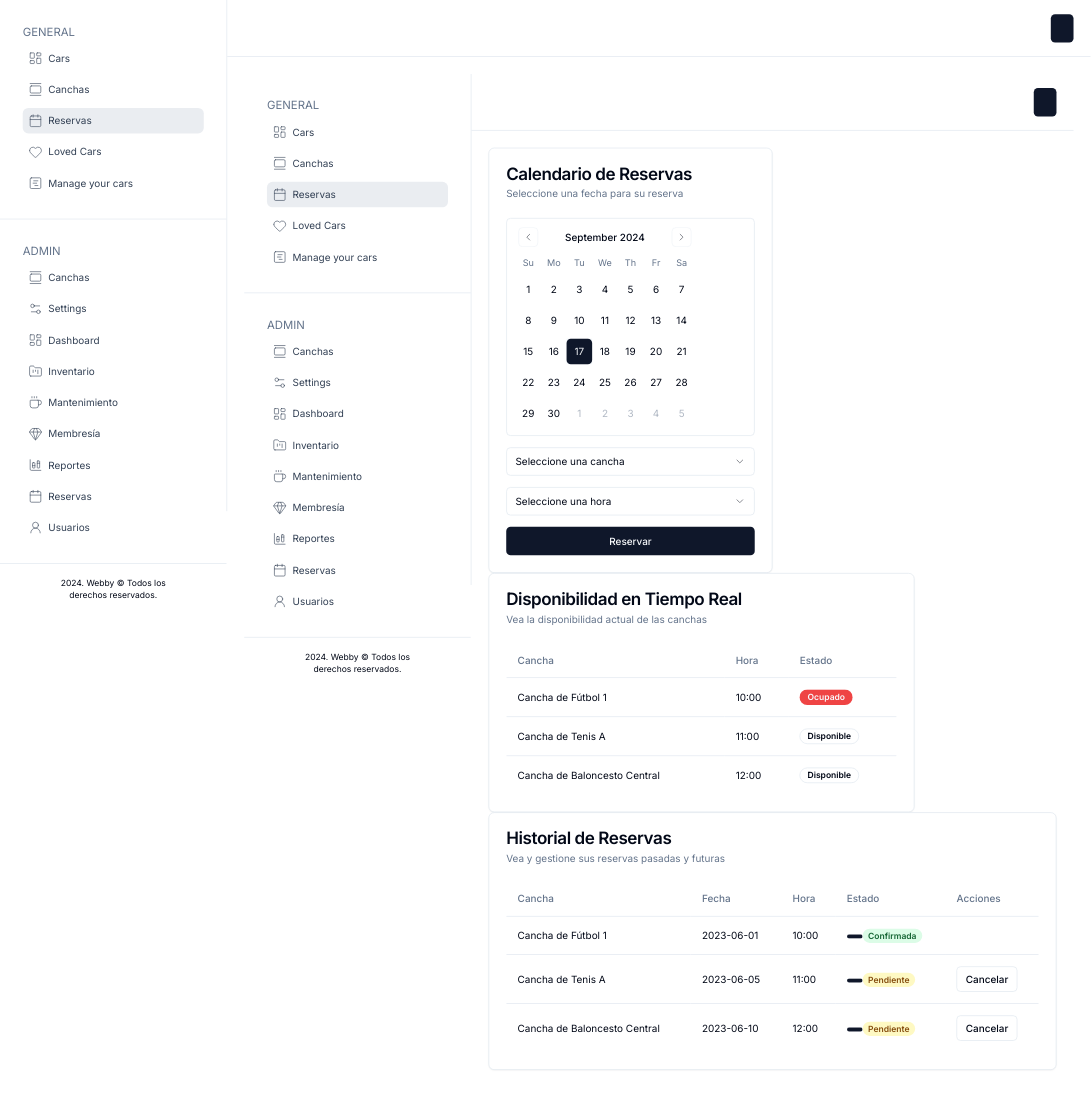
Repository: Jackson-sch/cdeporte
Page: /reservas
The author's editor kept a copy of each file at every save. The page is drawn from the files as they stood at one save, then again after the next save.
The browser window is 1280 px wide. The page is 1536 px wide, so the pictures cover 1536 px, including what lies to the right of the window. The pictures show the whole page, at 71% of full size.
The project was rebuilt for these pictures with package versions that can differ from the ones it lists, and the page was loaded fresh each time. The framework's server and built-in components were replaced by stand-ins that run in the browser. Also part of the build but not shown: next.config.mjs, src/components/ui/label.jsx, src/components/ui/input.jsx, src/components/Reservas/HistorialReserva.jsx.

Above is the page before, as saved 2024-09-17 19:58:27.

### src/app/layout.jsx
import { Inter } from "next/font/google";
import "./globals.css";
import { Toaster } from "@/components/ui/toaster";

const inter = Inter({ subsets: ["latin"] });

export const metadata = {
  title: "Create Next App",
  description: "Generated by create next app",
};

export default function RootLayout({ children }) {
  return (
    <html lang="en">
      <body className={inter.className}>
        {children}
        <Toaster />
        </body>
    </html>
  );
}

### src/app/(routes)/layout.jsx
import { NavbarDashboard } from "@/components/NavbarDashboard/NavbarDashboard";
import { Sidebar } from "@/components/Sidebar/Sidebar";




export default function LayoutDashboard({ children }) {
  return (
    <div className="flex w-full h-full">
      <div className="hidden h-full xl:block w-80 xl:fixed">
        <Sidebar />
      </div>
      <div className="w-full h-full xl:ml-80">
        <NavbarDashboard />
        <div className="p-6 h-max container">{children}</div>
      </div>
    </div>
  );
}

### src/app/(routes)/(cliente)/layout.jsx
import { NavbarDashboard } from "@/components/NavbarDashboard/NavbarDashboard";
import { Sidebar } from "@/components/Sidebar/Sidebar";




export default function LayoutDashboard({ children }) {
  return (
    <div className="flex w-full h-full">
      <div className="hidden h-full xl:block w-80 xl:fixed">
        <Sidebar />
      </div>
      <div className="w-full h-full xl:ml-80">
        <NavbarDashboard />
        <div className="p-6 h-max">{children}</div>
      </div>
    </div>
  );
}

### src/components/ui/toaster.jsx
"use client"

import {
  Toast,
  ToastClose,
  ToastDescription,
  ToastProvider,
  ToastTitle,
  ToastViewport,
} from "@/components/ui/toast"
import { useToast } from "@/components/ui/use-toast"

export function Toaster() {
  const { toasts } = useToast()

  return (
    (<ToastProvider>
      {toasts.map(function ({ id, title, description, action, ...props }) {
        return (
          (<Toast key={id} {...props}>
            <div className="grid gap-1">
              {title && <ToastTitle>{title}</ToastTitle>}
              {description && (
                <ToastDescription>{description}</ToastDescription>
              )}
            </div>
            {action}
            <ToastClose />
          </Toast>)
        );
      })}
      <ToastViewport />
    </ToastProvider>)
  );
}

### src/components/NavbarDashboard/NavbarDashboard.jsx
import { Sheet, SheetContent, SheetTrigger } from "@/components/ui/sheet";
import {Button } from "@/components/ui/button";
import { Menu } from "lucide-react";
import { SidebarRoutes } from "../SidebarRoutes/SidebarRoutes";



export function NavbarDashboard() {
  return (
    <nav className="flex items-center justify-between w-full h-20 px-2 border-b gap-x-4 md:px-6 bg-background">
      <div className="block xl:hidden">
        <Sheet>
          <SheetTrigger className="flex items-center">
            <Menu />
          </SheetTrigger>
          <SheetContent side="left">
            <SidebarRoutes />
          </SheetContent>
        </Sheet>
      </div>
      <div className="flex items-center justify-end w-full gap-x-2">
        <Button />
      </div>
    </nav>
  );
}

### src/components/Sidebar/Sidebar.jsx
import { SidebarRoutes } from "../SidebarRoutes/SidebarRoutes";


export function Sidebar() {
  return (
    <div className="h-screen">
      <div className="flex flex-col h-full border-r">
        <SidebarRoutes />
      </div>
    </div>
  );
}

### src/components/ui/card.jsx
import * as React from "react"

import { cn } from "@/lib/utils"

const Card = React.forwardRef(({ className, ...props }, ref) => (
  <div
    ref={ref}
    className={cn("rounded-lg border bg-card text-card-foreground shadow-sm", className)}
    {...props} />
))
Card.displayName = "Card"

const CardHeader = React.forwardRef(({ className, ...props }, ref) => (
  <div
    ref={ref}
    className={cn("flex flex-col space-y-1.5 p-6", className)}
    {...props} />
))
CardHeader.displayName = "CardHeader"

const CardTitle = React.forwardRef(({ className, ...props }, ref) => (
  <h3
    ref={ref}
    className={cn("text-2xl font-semibold leading-none tracking-tight", className)}
    {...props} />
))
CardTitle.displayName = "CardTitle"

const CardDescription = React.forwardRef(({ className, ...props }, ref) => (
  <p
    ref={ref}
    className={cn("text-sm text-muted-foreground", className)}
    {...props} />
))
CardDescription.displayName = "CardDescription"

const CardContent = React.forwardRef(({ className, ...props }, ref) => (
  <div ref={ref} className={cn("p-6 pt-0", className)} {...props} />
))
CardContent.displayName = "CardContent"

const CardFooter = React.forwardRef(({ className, ...props }, ref) => (
  <div
    ref={ref}
    className={cn("flex items-center p-6 pt-0", className)}
    {...props} />
))
CardFooter.displayName = "CardFooter"

export { Card, CardHeader, CardFooter, CardTitle, CardDescription, CardContent }

### src/components/ui/button.jsx
import * as React from "react"
import { Slot } from "@radix-ui/react-slot"
import { cva } from "class-variance-authority";

import { cn } from "@/lib/utils"

const buttonVariants = cva(
  "inline-flex items-center justify-center whitespace-nowrap rounded-md text-sm font-medium ring-offset-background transition-colors focus-visible:outline-none focus-visible:ring-2 focus-visible:ring-ring focus-visible:ring-offset-2 disabled:pointer-events-none disabled:opacity-50",
  {
    variants: {
      variant: {
        default: "bg-primary text-primary-foreground hover:bg-primary/90",
        destructive:
          "bg-destructive text-destructive-foreground hover:bg-destructive/90",
        outline:
          "border border-input bg-background hover:bg-accent hover:text-accent-foreground",
        secondary:
          "bg-secondary text-secondary-foreground hover:bg-secondary/80",
        ghost: "hover:bg-accent hover:text-accent-foreground",
        link: "text-primary underline-offset-4 hover:underline",
      },
      size: {
        default: "h-10 px-4 py-2",
        sm: "h-9 rounded-md px-3",
        lg: "h-11 rounded-md px-8",
        icon: "h-10 w-10",
      },
    },
    defaultVariants: {
      variant: "default",
      size: "default",
    },
  }
)

const Button = React.forwardRef(({ className, variant, size, asChild = false, ...props }, ref) => {
  const Comp = asChild ? Slot : "button"
  return (
    (<Comp
      className={cn(buttonVariants({ variant, size, className }))}
      ref={ref}
      {...props} />)
  );
})
Button.displayName = "Button"

export { Button, buttonVariants }

### src/components/Reservas/RealTimeAvailability.jsx
'use client'
import React, { useState, useEffect } from 'react'
import { Card, CardHeader, CardTitle, CardDescription, CardContent } from "@/components/ui/card"
import { Table, TableBody, TableCell, TableHead, TableHeader, TableRow } from "@/components/ui/table"
import { Badge } from "@/components/ui/badge"

export default function RealTimeAvailability() {
  const [availability, setAvailability] = useState([])

  useEffect(() => {
    // Simulación de actualización en tiempo real
    const interval = setInterval(() => {
      const newAvailability = [
        { id: 1, court: "Cancha de Fútbol 1", time: "10:00", status: Math.random() > 0.5 ? "Disponible" : "Ocupado" },
        { id: 2, court: "Cancha de Tenis A", time: "11:00", status: Math.random() > 0.5 ? "Disponible" : "Ocupado" },
        { id: 3, court: "Cancha de Baloncesto Central", time: "12:00", status: Math.random() > 0.5 ? "Disponible" : "Ocupado" },
      ]
      setAvailability(newAvailability)
    }, 5000) // Actualiza cada 5 segundos

    return () => clearInterval(interval)
  }, [])

  return (
    <Card className="w-[600px]">
      <CardHeader>
        <CardTitle>Disponibilidad en Tiempo Real</CardTitle>
        <CardDescription>Vea la disponibilidad actual de las canchas</CardDescription>
      </CardHeader>
      <CardContent>
        <Table>
          <TableHeader>
            <TableRow>
              <TableHead>Cancha</TableHead>
              <TableHead>Hora</TableHead>
              <TableHead>Estado</TableHead>
            </TableRow>
          </TableHeader>
          <TableBody>
            {availability.map((item) => (
              <TableRow key={item.id}>
                <TableCell>{item.court}</TableCell>
                <TableCell>{item.time}</TableCell>
                <TableCell>
                  <Badge variant={item.status === "Disponible" ? "success" : "destructive"}>
                    {item.status}
                  </Badge>
                </TableCell>
              </TableRow>
            ))}
          </TableBody>
        </Table>
      </CardContent>
    </Card>
  )
}

### src/components/Reservas/ReservationHistory.jsx
"0use client";
import React, { useState } from "react";
import {
  Card,
  CardHeader,
  CardTitle,
  CardDescription,
  CardContent,
} from "@/components/ui/card";
import {
  Table,
  TableBody,
  TableCell,
  TableHead,
  TableHeader,
  TableRow,
} from "@/components/ui/table";
import { Button } from "@/components/ui/button";
import {
  Dialog,
  DialogTrigger,
  DialogContent,
  DialogHeader,
  DialogTitle,
  DialogDescription,
  DialogFooter,
} from "@/components/ui/dialog";
import { Badge } from "../ui/badge";

export default function ReservationHistory() {
  const [reservations, setReservations] = useState([
    {
      id: 1,
      court: "Cancha de Fútbol 1",
      date: "2023-06-01",
      time: "10:00",
      status: "Confirmada",
    },
    {
      id: 2,
      court: "Cancha de Tenis A",
      date: "2023-06-05",
      time: "11:00",
      status: "Pendiente",
    },
    {
      id: 3,
      court: "Cancha de Baloncesto Central",
      date: "2023-06-10",
      time: "12:00",
      status: "Pendiente",
    },
  ]);

  const [selectedReservation, setSelectedReservation] = useState(null);
  const [isDialogOpen, setIsDialogOpen] = useState(false);

  const handleCancel = (id) => {
    setReservations(
      reservations.map((res) =>
        res.id === id ? { ...res, status: "Cancelada" } : res
      )
    );
    setIsDialogOpen(false);
  };

  return (
    <Card className="w-[800px]">
      <CardHeader>
        <CardTitle>Historial de Reservas</CardTitle>
        <CardDescription>
          Vea y gestione sus reservas pasadas y futuras
        </CardDescription>
      </CardHeader>
      <CardContent>
        <Table>
          <TableHeader>
            <TableRow>
              <TableHead>Cancha</TableHead>
              <TableHead>Fecha</TableHead>
              <TableHead>Hora</TableHead>
              <TableHead>Estado</TableHead>
              <TableHead>Acciones</TableHead>
            </TableRow>
          </TableHeader>
          <TableBody>
            {reservations.map((reservation) => (
              <TableRow key={reservation.id}>
                <TableCell>{reservation.court}</TableCell>
                <TableCell>{reservation.date}</TableCell>
                <TableCell>{reservation.time}</TableCell>
                <TableCell>
                  <Badge>

                  </Badge>
                  <span
                    className={`px-2 inline-flex text-xs leading-5 font-semibold rounded-full
                    ${
                      reservation.status === "Confirmada"
                        ? "bg-green-100 text-green-800"
                        : reservation.status === "Cancelada"
                        ? "bg-red-100 text-red-800"
                        : "bg-yellow-100 text-yellow-800"
                    }`}
                  >
                    {reservation.status}
                  </span>
                </TableCell>
                <TableCell>
                  {reservation.status === "Pendiente" && (
                    <Dialog open={isDialogOpen} onOpenChange={setIsDialogOpen}>
                      <DialogTrigger asChild>
                        <Button
                          variant="outline"
                          size="sm"
                          onClick={() => setSelectedReservation(reservation)}
                        >
                          Cancelar
                        </Button>
                      </DialogTrigger>
                      <DialogContent>
                        <DialogHeader>
                          <DialogTitle>Confirmar Cancelación</DialogTitle>
                          <DialogDescription>
                            ¿Está seguro que desea cancelar esta reserva?
                          </DialogDescription>
                        </DialogHeader>
                        <DialogFooter>
                          <Button
                            variant="outline"
                            onClick={() => setIsDialogOpen(false)}
                          >
                            No, mantener reserva
                          </Button>
                          <Button
                            variant="destructive"
                            onClick={() => handleCancel(selectedReservation.id)}
                          >
                            Sí, cancelar reserva
                          </Button>
                        </DialogFooter>
                      </DialogContent>
                    </Dialog>
                  )}
                </TableCell>
              </TableRow>
            ))}
          </TableBody>
        </Table>
      </CardContent>
    </Card>
  );
}

### src/components/SidebarRoutes/SidebarRoutes.jsx
"use client";

import { Separator } from "@/components/ui/separator";
import { dataAdminSidebar, dataGeneralSidebar } from "./SidebarRoute.data";
import { SidebarItem } from "./SidebarItem/SidebarItem";



export function SidebarRoutes() {

  return (
    <div className="flex flex-col justify-between h-full">
      <div>
        <div className="p-4 md:p-8">
          <p className="mb-2 text-slate-500">GENERAL</p>
          {dataGeneralSidebar.map((item) => (
            <SidebarItem key={item.label} item={item} />
          ))}
        </div>

        <Separator />

          <div className="p-4 md:p-8">
            <p className="mb-2 text-slate-500">ADMIN</p>
            {dataAdminSidebar.map((item) => (
              <SidebarItem key={item.label} item={item} />
            ))}
          </div>
      </div>

      <div>
        <Separator />

        <footer className="px-6 py-2 mt-3 text-center text-xs text-pretty">
          2024. Webby © Todos los derechos reservados.
        </footer>
      </div>
    </div>
  );
}

### src/components/ui/table.jsx
import * as React from "react"

import { cn } from "@/lib/utils"

const Table = React.forwardRef(({ className, ...props }, ref) => (
  <div className="relative w-full overflow-auto">
    <table
      ref={ref}
      className={cn("w-full caption-bottom text-sm", className)}
      {...props} />
  </div>
))
Table.displayName = "Table"

const TableHeader = React.forwardRef(({ className, ...props }, ref) => (
  <thead ref={ref} className={cn("[&_tr]:border-b", className)} {...props} />
))
TableHeader.displayName = "TableHeader"

const TableBody = React.forwardRef(({ className, ...props }, ref) => (
  <tbody
    ref={ref}
    className={cn("[&_tr:last-child]:border-0", className)}
    {...props} />
))
TableBody.displayName = "TableBody"

const TableFooter = React.forwardRef(({ className, ...props }, ref) => (
  <tfoot
    ref={ref}
    className={cn("border-t bg-muted/50 font-medium [&>tr]:last:border-b-0", className)}
    {...props} />
))
TableFooter.displayName = "TableFooter"

const TableRow = React.forwardRef(({ className, ...props }, ref) => (
  <tr
    ref={ref}
    className={cn(
      "border-b transition-colors hover:bg-muted/50 data-[state=selected]:bg-muted",
      className
    )}
    {...props} />
))
TableRow.displayName = "TableRow"

const TableHead = React.forwardRef(({ className, ...props }, ref) => (
  <th
    ref={ref}
    className={cn(
      "h-12 px-4 text-left align-middle font-medium text-muted-foreground [&:has([role=checkbox])]:pr-0",
      className
    )}
    {...props} />
))
TableHead.displayName = "TableHead"

const TableCell = React.forwardRef(({ className, ...props }, ref) => (
  <td
    ref={ref}
    className={cn("p-4 align-middle [&:has([role=checkbox])]:pr-0", className)}
    {...props} />
))
TableCell.displayName = "TableCell"

const TableCaption = React.forwardRef(({ className, ...props }, ref) => (
  <caption
    ref={ref}
    className={cn("mt-4 text-sm text-muted-foreground", className)}
    {...props} />
))
TableCaption.displayName = "TableCaption"

export {
  Table,
  TableHeader,
  TableBody,
  TableFooter,
  TableHead,
  TableRow,
  TableCell,
  TableCaption,
}

### src/components/ui/badge.jsx
import * as React from "react"
import { cva } from "class-variance-authority";

import { cn } from "@/lib/utils"

const badgeVariants = cva(
  "inline-flex items-center rounded-full border px-2.5 py-0.5 text-xs font-semibold transition-colors focus:outline-none focus:ring-2 focus:ring-ring focus:ring-offset-2",
  {
    variants: {
      variant: {
        default:
          "border-transparent bg-primary text-primary-foreground hover:bg-primary/80",
        secondary:
          "border-transparent bg-secondary text-secondary-foreground hover:bg-secondary/80",
        destructive:
          "border-transparent bg-destructive text-destructive-foreground hover:bg-destructive/80",
        outline: "text-foreground",
      },
    },
    defaultVariants: {
      variant: "default",
    },
  }
)

function Badge({
  className,
  variant,
  ...props
}) {
  return (<div className={cn(badgeVariants({ variant }), className)} {...props} />);
}

export { Badge, badgeVariants }

### src/components/SidebarRoutes/SidebarRoute.data.jsx
import {
  Calendar,
  Car,
  ChartColumnStacked,
  Coffee,
  FolderKanban,
  GalleryVertical,
  Gem,
  Heart,
  LayoutDashboard,
  Settings2,
  SquareGanttChart,
  User2,
} from "lucide-react";

export const dataGeneralSidebar = [
  {
    icon: LayoutDashboard,
    label: "Cars",
    href: "/dashboard",
  },
  {
    icon: GalleryVertical,
    label: "Canchas",
    href: "/canchas",
  },
  {
    icon: Calendar,
    label: "Reservas",
    href: "/reservas",
  },
  {
    icon: Heart,
    label: "Loved Cars",
    href: "/loved-cars",
  },
  {
    icon: SquareGanttChart,
    label: "Manage your cars",
    href: "/canchitas",
  },
];

export const dataAdminSidebar = [
  {
    icon: GalleryVertical,
    label: "Canchas",
    href: "/admin/canchas",
  },
  {
    icon: Settings2,
    label: "Settings",
    href: "/admin/configuracion",
  },
  {
    icon: LayoutDashboard,
    label: "Dashboard",
    href: "/admin/dashboard",
  },
  {
    icon: FolderKanban,
    label: "Inventario",
    href: "/admin/inventario",
  },
  {
    icon: Coffee,
    label: "Mantenimiento",
    href: "/admin/mantenimiento",
  },
  {
    icon: Gem,
    label: "Membresía",
    href: "/admin/membresia",
  },
  {
    icon: ChartColumnStacked,
    label: "Reportes",
    href: "/admin/reportes",
  },
  {
    icon: Calendar,
    label: "Reservas",
    href: "/admin/reservas",
  },
  {
    icon: User2,
    label: "Usuarios",
    href: "/admin/usuarios",
  },
];

### src/components/SidebarRoutes/SidebarItem/SidebarItem.jsx
import Link from "next/link";
import { cn } from "@/lib/utils";
import { usePathname } from "next/navigation";

export function SidebarItem({item}) {
  const { href, icon: Icon, label } = item;

  const pathname = usePathname();

  const activePath = pathname === href;

  return (
    <Link
      href={href}
      className={cn(
        `flex gap-x-2 mt-2 text-slate-700 text-sm items-center hover:bg-slate-300/20 p-2 rounded-lg cursor-pointer`,
        activePath && "bg-slate-400/20"
      )}
    >
      <Icon className="h-5 w-5" strokeWidth={1} />
      {label}
    </Link>
  );
}

Loaded but not shown: src/app/globals.css (common file); src/lib/utils.js (common file); src/components/ui/separator.jsx (common file); tailwind.config.js (common file); src/components/ui/use-toast.js (155 lines, source omitted); src/components/ui/select.jsx (122 lines, source omitted); src/app/(routes)/(cliente)/reservas/page.jsx (111 lines, source omitted); src/components/ui/toast.jsx (83 lines, source omitted); src/components/ui/sheet.jsx (109 lines, source omitted); src/components/ui/dialog.jsx (96 lines, source omitted); src/components/ui/calendar.jsx (62 lines, source omitted)

After the next save:
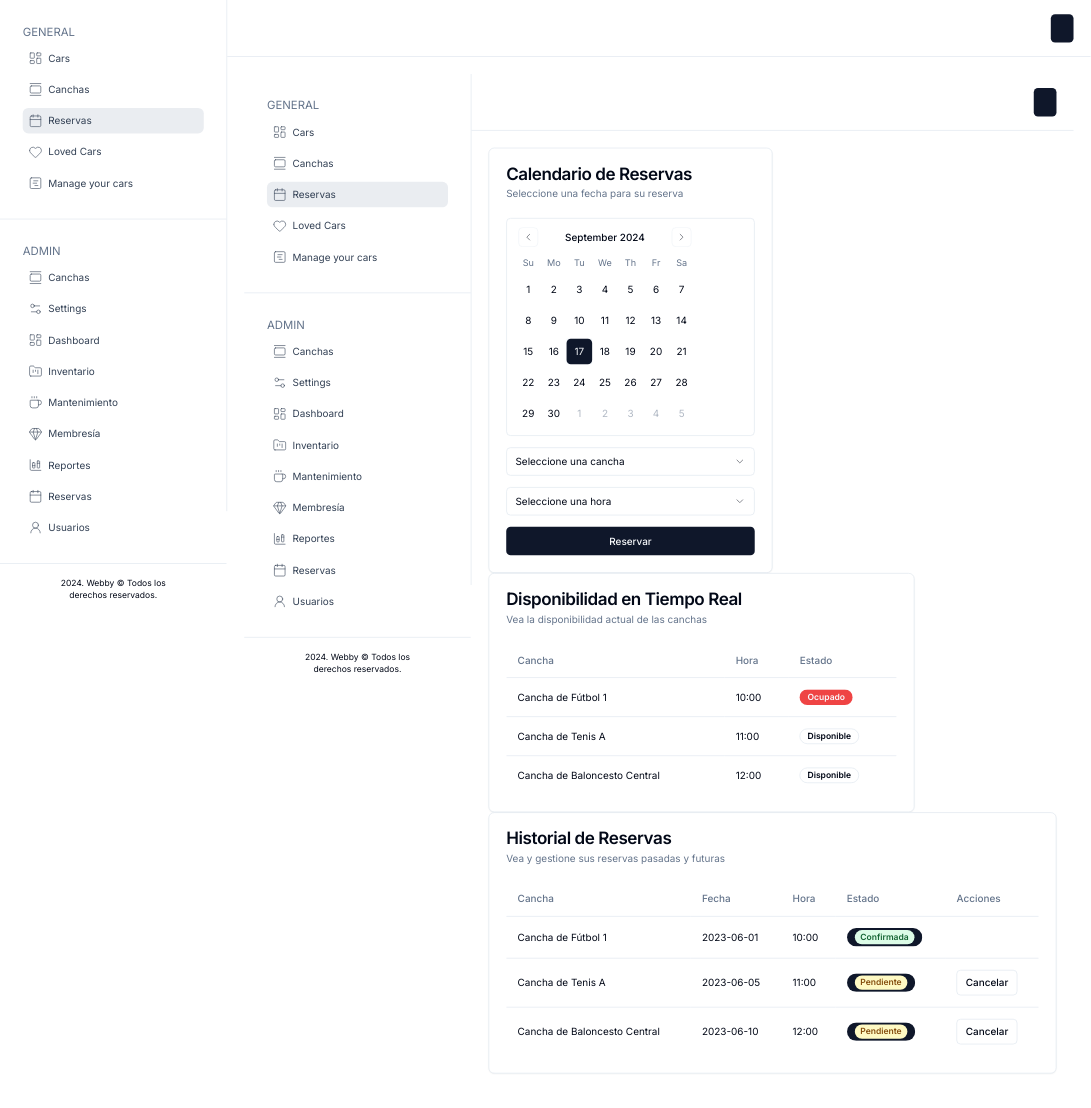
Saved 10 s later.
--- a/src/components/Reservas/ReservationHistory.jsx
+++ b/src/components/Reservas/ReservationHistory.jsx
@@ -91,9 +91,7 @@ export default function ReservationHistory() {
                 <TableCell>{reservation.time}</TableCell>
                 <TableCell>
                   <Badge>
-
-                  </Badge>
-                  <span
+                    <span
                     className={`px-2 inline-flex text-xs leading-5 font-semibold rounded-full
                     ${
                       reservation.status === "Confirmada"
@@ -105,6 +103,8 @@ export default function ReservationHistory() {
                   >
                     {reservation.status}
                   </span>
+                  </Badge>
+
                 </TableCell>
                 <TableCell>
                   {reservation.status === "Pendiente" && (
